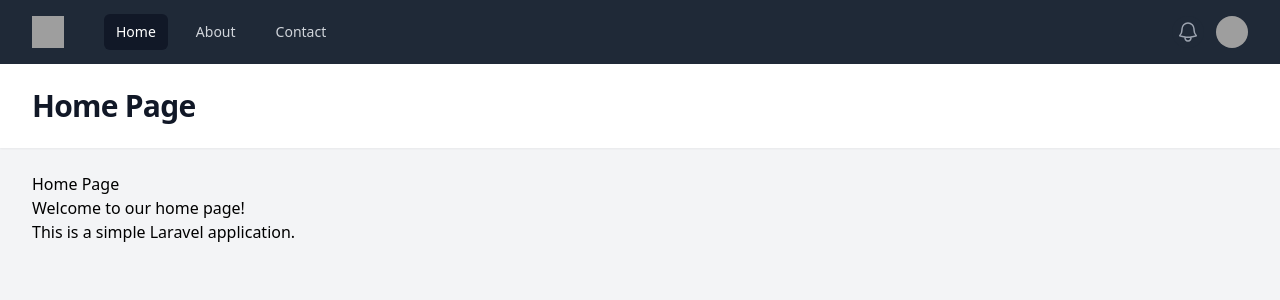
Repository: mennaabdelelhady/30-Days-to-Learn-Laravel
Page: http://localhost/home
These files come from the project's save history. The page is drawn as it stood at one moment and after the next save; the edit follows.
The browser window is 1280 px wide. The pictures show the whole page.
Pictures or frames that could not be fetched are drawn as grey boxes. Some web libraries are served in a nearby version. The page is served by the project's Laravel application, run on PHP 8.4 with Laravel 12.

Above is the page before, as saved 2025-07-09 12:03:29.

After the next save:
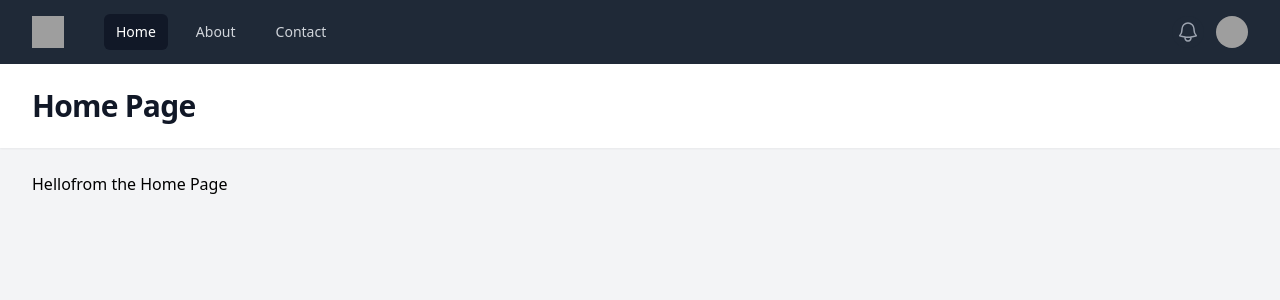
Saved 59 s later.
--- a/resources/views/home.blade.php
+++ b/resources/views/home.blade.php
@@ -2,7 +2,5 @@
     <x-slot:heading>
         Home Page
     </x-slot:heading>
-    <h1>Home Page</h1>
-    <p>Welcome to our home page!</p>
-    <p>This is a simple Laravel application.</p>
+    <h1>{{$greeting}}from the Home Page</h1>
 </x-layout>
